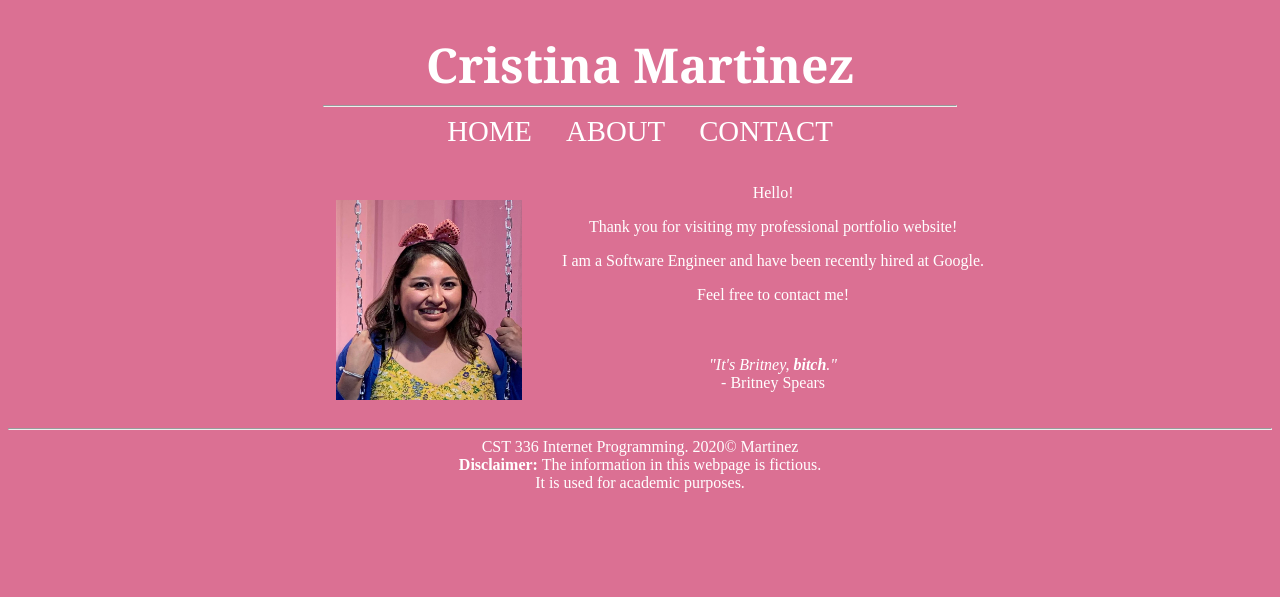
Repository: ctm93/Website1
Page: index.html
The author's editor kept a record of every edit. The page is drawn from the files as they stood at one moment, then again after the next edit.
The browser window is 1280 px wide. The pictures show the whole page.

Above is the page before.

After the next edit:
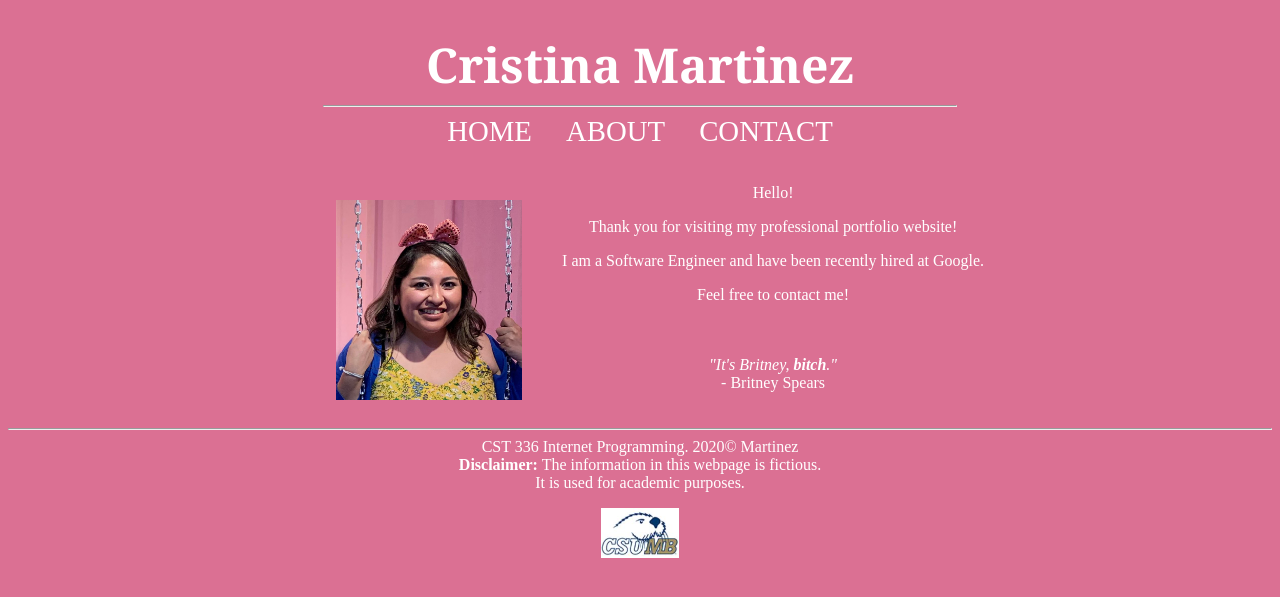
The edit:
--- a/index.html
+++ b/index.html
@@ -76,7 +76,7 @@
             CST 336 Internet Programming. 2020&copy; Martinez <br />
             <Strong>Disclaimer:</Strong> The information in this webpage is fictious.
             <br /> It is used for academic purposes.
-
+           <p><img src="img/csumblogo.JPG" alt= width="150" height="50"></p>
         </footer>
         <!-- closing footer --
 
